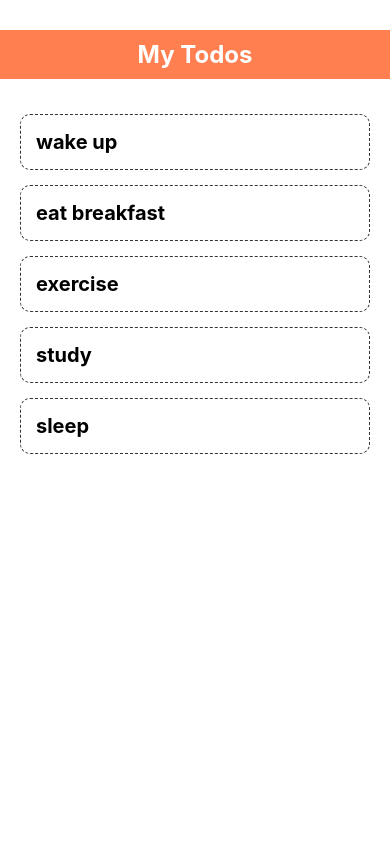
Repository: shiv0403/React-native-tutorial
Screen: /
These files come from the project's save history. The screen is drawn as it stood at one moment and after the next save; the edit follows.
The app was drawn by React Native's web renderer in a window 390 px wide. The project was rebuilt for these pictures with package versions that can differ from the ones it lists, and the page was loaded fresh each time.

Above is the screen before, as saved 2021-02-11 09:32:32.

After the next save:
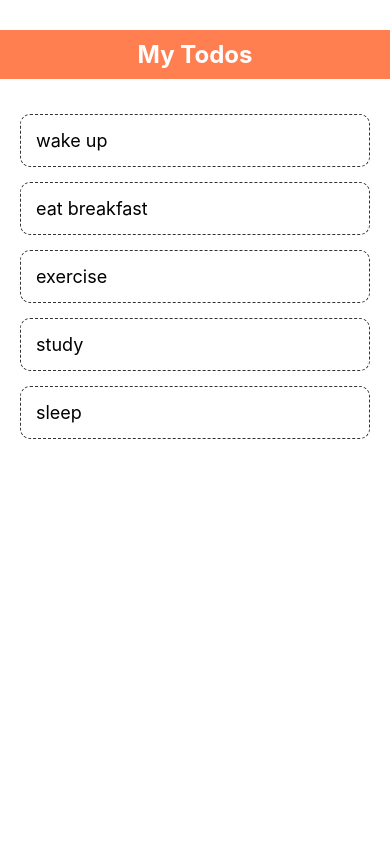
Saved 7 s later.
--- a/components/TodoItem.js
+++ b/components/TodoItem.js
@@ -11,8 +11,7 @@ export default function TodoItem({ item }) {
 
 const styles = StyleSheet.create({
   item: {
-    fontSize: 20,
-    fontWeight: "bold",
+    fontSize: 18,
     padding: 15,
     marginTop: 15,
     borderWidth: 1,
